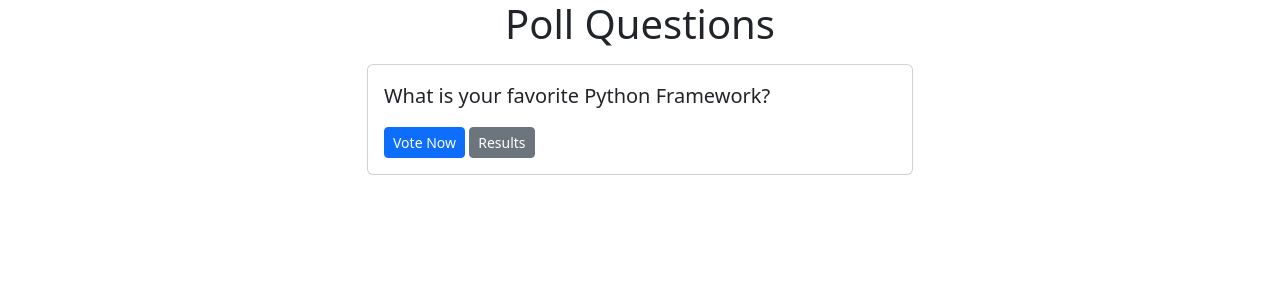
Repository: tushcmd/pollster-django
Page: http://localhost/polls/
These files come from the project's save history. The page is drawn as it stood at one moment and after a run of saves; the edit follows.
The browser window is 1280 px wide. The pictures show the whole page.
The page is served by the project's application, run on Django 5.2 (pollster/manage.py). Other server files are loaded and not shown. The page reads the database file committed with the project.

Above is the page before, as saved 2024-07-23 04:53:28.

### pollster/templates/polls/index.html
{% extends 'base.html' %}
{% block content %}
  <h1 class="text-center mb-3">Poll Questions</h1>
  {% if latest_question_list %}
    {% for question in latest_question_list %}
      <div class="card mb-3">
        <div class="card-body">
          <p class="lead">{{ question.question_text }}</p>
          <a href="{% url 'polls:detail' question.id %}" class="btn btn-primary btn-sm">Vote Now</a>
          <a href="{% url 'polls:results' question.id %}" class="btn btn-secondary btn-sm">Results</a>
        </div>
      </div>
    {% endfor %}
  {% else %}
    <p>No polls available</p>
  {% endif %}
{% endblock %}

### pollster/templates/base.html
<!DOCTYPE html>
<html lang="en">
<head>
    <meta charset="UTF-8">
    <meta name="viewport" content="width=device-width, initial-scale=1.0">
    <link href="https://cdn.jsdelivr.net/npm/bootstrap@5.3.3/dist/css/bootstrap.min.css" rel="stylesheet" integrity="sha384-QWTKZyjpPEjISv5WaRU9OFeRpok6YctnYmDr5pNlyT2bRjXh0JMhjY6hW+ALEwIH" crossorigin="anonymous">
    <title>Pollster {% block title %}{% endblock %}</title>
</head>
<body>
    <div class="container">
        <div class="row">
            <div class="col-md-6 m-auto">
                {% block content %}{% endblock %}
            </div>
        </div>
    </div>

</body>
</html>

### pollster/polls/models.py
from django.db import models

# Create your models here.

class Question(models.Model):
    question_text = models.CharField(max_length=200)
    pub_date = models.DateTimeField('date published')

    def __str__(self):
        return self.question_text

class Choice(models.Model):
    question = models.ForeignKey(Question, on_delete=models.CASCADE)
    choice_text = models.CharField(max_length=200)
    votes = models.IntegerField(default=0)

    def __str__(self):
        return self.choice_text

### pollster/polls/views.py
from django.template import loader
from django.http import Http404, HttpResponse, HttpResponseRedirect
from django.shortcuts import get_object_or_404, render
from django.urls import reverse

from .models import Question, Choice

# Get questions and display them
def index(request):
    latest_question_list = Question.objects.order_by('-pub_date')[:5]
    context = {'latest_question_list': latest_question_list}
    return render(request, 'polls/index.html', context)

# Show specific question and choices
def detail(request, question_id):
  try:
    question = Question.objects.get(pk=question_id)
  except Question.DoesNotExist:
    raise Http404("Question does not exist")
  return render(request, 'polls/detail.html', { 'question': question })

# Get question and display results
def results(request, question_id):
  question = get_object_or_404(Question, pk=question_id)
  return render(request, 'polls/results.html', { 'question': question })

# Vote for a question choice
def vote(request, question_id):
    # print(request.POST['choice'])
    question = get_object_or_404(Question, pk=question_id)
    try:
        selected_choice = question.choice_set.get(pk=request.POST['choice'])
    except (KeyError, Choice.DoesNotExist):
        # Redisplay the question voting form.
        return render(request, 'polls/detail.html', {
            'question': question,
            'error_message': "You didn't select a choice.",
        })
    else:
        selected_choice.votes += 1
        selected_choice.save()
        # Always return an HttpResponseRedirect after successfully dealing
        # with POST data. This prevents data from being posted twice if a
        # user hits the Back button.
        return HttpResponseRedirect(reverse('polls:results', args=(question.id,)))

### pollster/pollster/urls.py
"""
URL configuration for pollster project.

The `urlpatterns` list routes URLs to views. For more information please see:
    https://docs.djangoproject.com/en/5.0/topics/http/urls/
Examples:
Function views
    1. Add an import:  from my_app import views
    2. Add a URL to urlpatterns:  path('', views.home, name='home')
Class-based views
    1. Add an import:  from other_app.views import Home
    2. Add a URL to urlpatterns:  path('', Home.as_view(), name='home')
Including another URLconf
    1. Import the include() function: from django.urls import include, path
    2. Add a URL to urlpatterns:  path('blog/', include('blog.urls'))
"""
from django.contrib import admin
from django.urls import include, path

urlpatterns = [
    path('polls/', include('polls.urls')),
    path('admin/', admin.site.urls),
]

### pollster/polls/urls.py

from django.urls import path

from . import views  # import views from current directory

app_name = 'polls'
urlpatterns = [
    path('', views.index, name='index'),
    path('<int:question_id>/', views.detail, name='detail'),
    path('<int:question_id>/results/', views.results, name='results'),
    path('<int:question_id>/vote/', views.vote, name='vote'),

]

### pollster/db.sqlite3 (the tables this page reads, as SQL)
CREATE TABLE "polls_question" ("id" integer NOT NULL PRIMARY KEY AUTOINCREMENT, "question_text" varchar(200) NOT NULL, "pub_date" datetime NOT NULL);
INSERT INTO "polls_question" VALUES
(1, 'What is your favorite Python Framework?', '2024-07-22 01:55:53.990213');

Loaded but not shown: pollster/templates/partials/_navbar.html (common file)

After the next 2 saves:
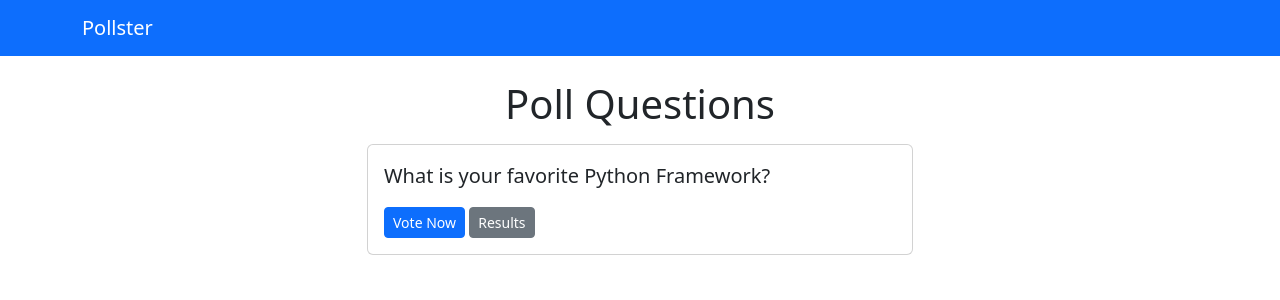
The 2 saves are shown as one change because 1 did not build or start.
The last was saved 2 min 44 s later.
--- a/pollster/templates/base.html
+++ b/pollster/templates/base.html
@@ -7,6 +7,8 @@
     <title>Pollster {% block title %}{% endblock %}</title>
 </head>
 <body>
+    <!-- Navbar -->
+     {% include "partials/_navbar.html" %}
     <div class="container">
         <div class="row">
             <div class="col-md-6 m-auto">
